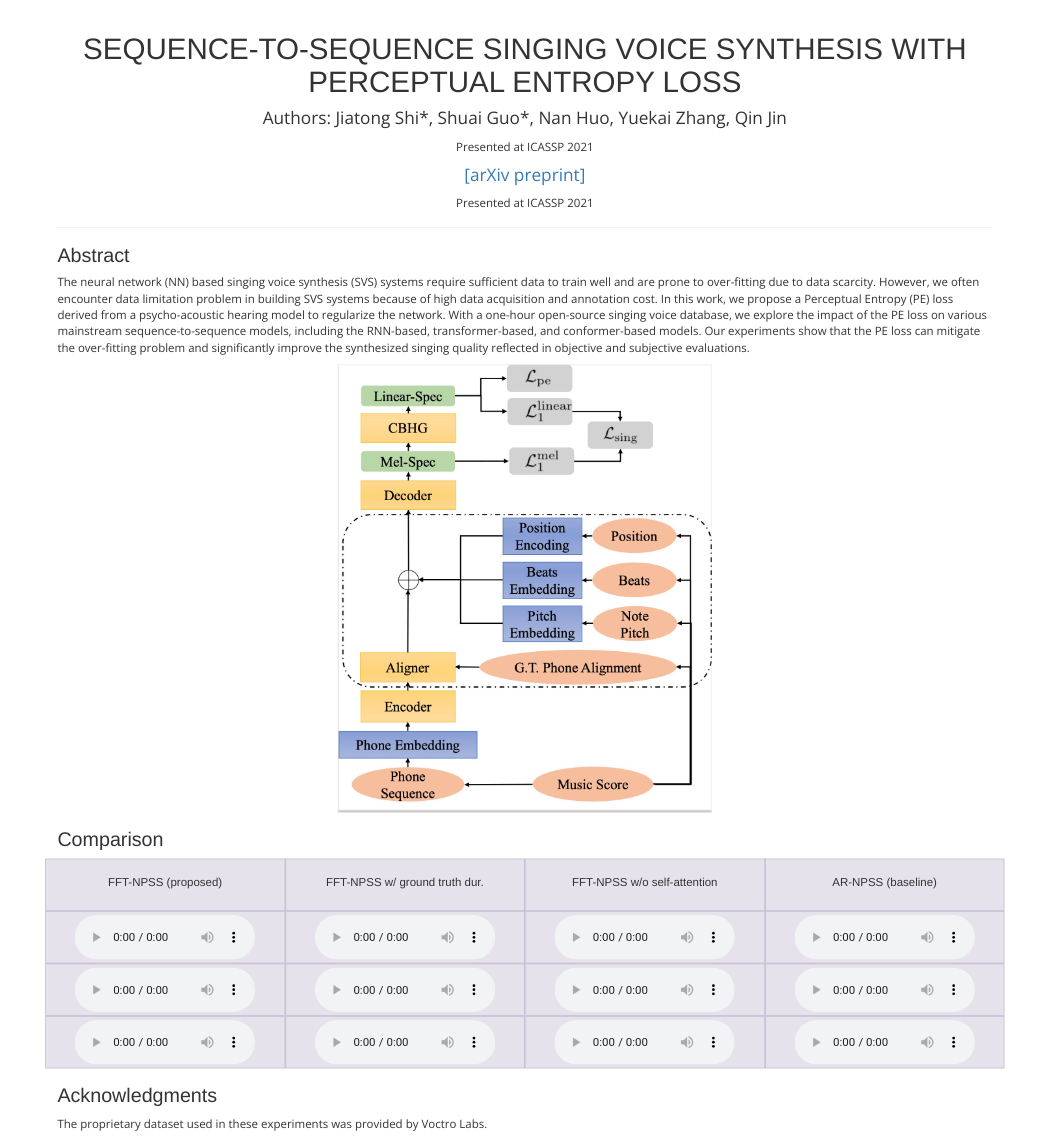
Repository: PeterGuoRuc/SVS_pe.github.io
Page: index.html
The author's editor kept a copy of each file at every save. The page is drawn from the files as they stood at one save, then again after the next save.
The browser window is 1280 px wide. The pictures show the whole page, at 82% of full size.

Above is the page before, as saved 2021-06-06 16:54:13.

### index.html
<!DOCTYPE html>
<html lang="en">
  <head>
    <meta charset="utf-8">
    <meta http-equiv="X-UA-Compatible" content="IE=edge">
    <meta name="viewport" content="width=device-width, initial-scale=1">
    <meta name="description" content="">
    <meta name="author" content="">
    <link rel="shortcut icon" type="image/x-icon" href="../favicon.ico">

    <title>SEQUENCE-TO-SEQUENCE SINGING VOICE SYNTHESIS WITH PERCEPTUAL ENTROPY LOSS</title>

    <!-- Fonts -->
    <link href="https://fonts.googleapis.com/css?family=Abril+Fatface|Open+Sans" rel="stylesheet">

    <!-- Bootstrap core CSS -->
    <!--<link href="bootstrap/dist/css/bootstrap.min.css" rel="stylesheet">-->
    <link href="https://maxcdn.bootstrapcdn.com/bootstrap/3.3.7/css/bootstrap.min.css" rel="stylesheet">

    <!-- IE10 viewport hack for Surface/desktop Windows 8 bug -->
    <!--<link href="bootstrap/assets/css/ie10-viewport-bug-workaround.css" rel="stylesheet">-->
    <link href="https://maxcdn.bootstrapcdn.com/css/ie10-viewport-bug-workaround.css" rel="stylesheet">

    <!-- Custom styles for this template -->
    <link href="poster.css" rel="stylesheet">

    <!-- Just for debugging purposes. Don't actually copy these 2 lines! -->
    <!--[if lt IE 9]><script src="bootstrap/assets/js/ie8-responsive-file-warning.js"></script><![endif]-->
    <!--<script src="bootstrap/assets/js/ie-emulation-modes-warning.js"></script>-->

    <!-- HTML5 shim and Respond.js for IE8 support of HTML5 elements and media queries -->
    <!--[if lt IE 9]>
      <script src="https://oss.maxcdn.com/html5shiv/3.7.3/html5shiv.min.js"></script>
      <script src="https://oss.maxcdn.com/respond/1.4.2/respond.min.js"></script>
    <![endif]-->
  </head>

  <body>
    <div class="container">

      <div class="page-header">
        <h1>
          SEQUENCE-TO-SEQUENCE SINGING VOICE SYNTHESIS WITH PERCEPTUAL ENTROPY LOSS
        </h1>
        <p class="lead">
          Authors: Jiatong Shi*, Shuai Guo*, Nan Huo, Yuekai Zhang, Qin Jin
        </p>
        <p class="centered">Presented at ICASSP 2021</p>
        <p class="lead">
          <a class="lead_link" href="https://arxiv.org/abs/2010.12024">[arXiv preprint]</a>
        </p>
        <p class="centered">Presented at ICASSP 2021</p>
      </div>

      <h3>Abstract</h3>
      <p>The neural network (NN) based singing voice synthesis (SVS) systems require sufficient data to train well and are prone to over-fitting due to data scarcity.
        However, we often encounter data limitation problem in building SVS systems because of high data acquisition and annotation cost.
        In this work, we propose a Perceptual Entropy (PE) loss derived from a psycho-acoustic hearing model to regularize the network.
        With a one-hour open-source singing voice database, we explore the impact of the PE loss on various mainstream sequence-to-sequence models, including the RNN-based, transformer-based, and conformer-based models.
        Our experiments show that the PE loss can mitigate the over-fitting problem and significantly improve the synthesized singing quality reflected in objective and subjective evaluations.
      </p>

      <center><img src="files/svs_model.jpg"/ height="40%" width="40%"></center>

      <h3>Comparison</h3>
      <div class="row">
        <div class="col-md-3">FFT-NPSS (proposed)</div>
        <div class="col-md-3">FFT-NPSS w/ ground truth dur.</div>
        <div class="col-md-3">FFT-NPSS w/o self-attention</div>
        <div class="col-md-3">AR-NPSS (baseline)</div>
      </div>
      <div class="row">
        <div class="col-md-3"><audio src="files/1_Feel_4.mp3" controls></audio></div>
        <div class="col-md-3"><audio src="files/2_Feel_4.mp3" controls></audio></div>
        <div class="col-md-3"><audio src="files/3_Feel_4.mp3" controls></audio></div>
        <div class="col-md-3"><audio src="files/4_Feel_4.mp3" controls></audio></div>
      </div>
      <div class="row">
        <div class="col-md-3"><audio src="files/1_Feel_19.mp3" controls></audio></div>
        <div class="col-md-3"><audio src="files/2_Feel_19.mp3" controls></audio></div>
        <div class="col-md-3"><audio src="files/3_Feel_19.mp3" controls></audio></div>
        <div class="col-md-3"><audio src="files/4_Feel_19.mp3" controls></audio></div>
      </div>
      <div class="row">
        <div class="col-md-3"><audio src="files/1_Rio_8.mp3" controls></audio></div>
        <div class="col-md-3"><audio src="files/2_Rio_8.mp3" controls></audio></div>
        <div class="col-md-3"><audio src="files/3_Rio_8.mp3" controls></audio></div>
        <div class="col-md-3"><audio src="files/4_Rio_8.mp3" controls></audio></div>
      </div>

      <h3>Acknowledgments</h3>
      <p>The proprietary dataset used in these experiments was provided by Voctro Labs.</p>


    </div> <!-- /container -->


    <!-- IE10 viewport hack for Surface/desktop Windows 8 bug -->
    <!--<script src="bootstrap/assets/js/ie10-viewport-bug-workaround.js"></script>-->
    <script src="https://maxcdn.bootstrapcdn.com/js/ie10-viewport-bug-workaround.js"></script>
  </body>
</html>

### poster.css

p {
  font-family: 'Open Sans', sans-serif;
  margin: 10px 0 10px;
}

.lead_link {
  margin: 0 5px 0 5px;
}

.lead {
  text-align: center;
  margin-bottom: 0;
}

.centered {
  text-align: center;
}

.image_title {
  text-align: center;
}

img.figure {
  display: block;
  margin-left: auto;
  margin-right: auto;
  max-width: 100%;
}

h1 {
  /* font-family: 'Abril Fatface', cursive; */
  text-align: center;
}

h4 {
  margin-top: 25px;
}
.row {
  margin-bottom: 0px;
  position: relative;
}

/* vertically center audio players */
.row audio {
    position: absolute;
    top: 0;
    left: 0;
    bottom: 0;
    right: 0;
    margin: auto;
    display: block;
    width: 220px;
}

[class*="col-"] {
  padding-top: 17px;
  padding-bottom: 17px;
  background-color: #eee;
  background-color: rgba(86,61,124,.15);
  border: 1px solid #ddd;
  border: 1px solid rgba(86,61,124,.2);
  height: 64px;
  text-align: center;
}

hr {
  margin-top: 40px;
  margin-bottom: 40px;
}

After the next save:
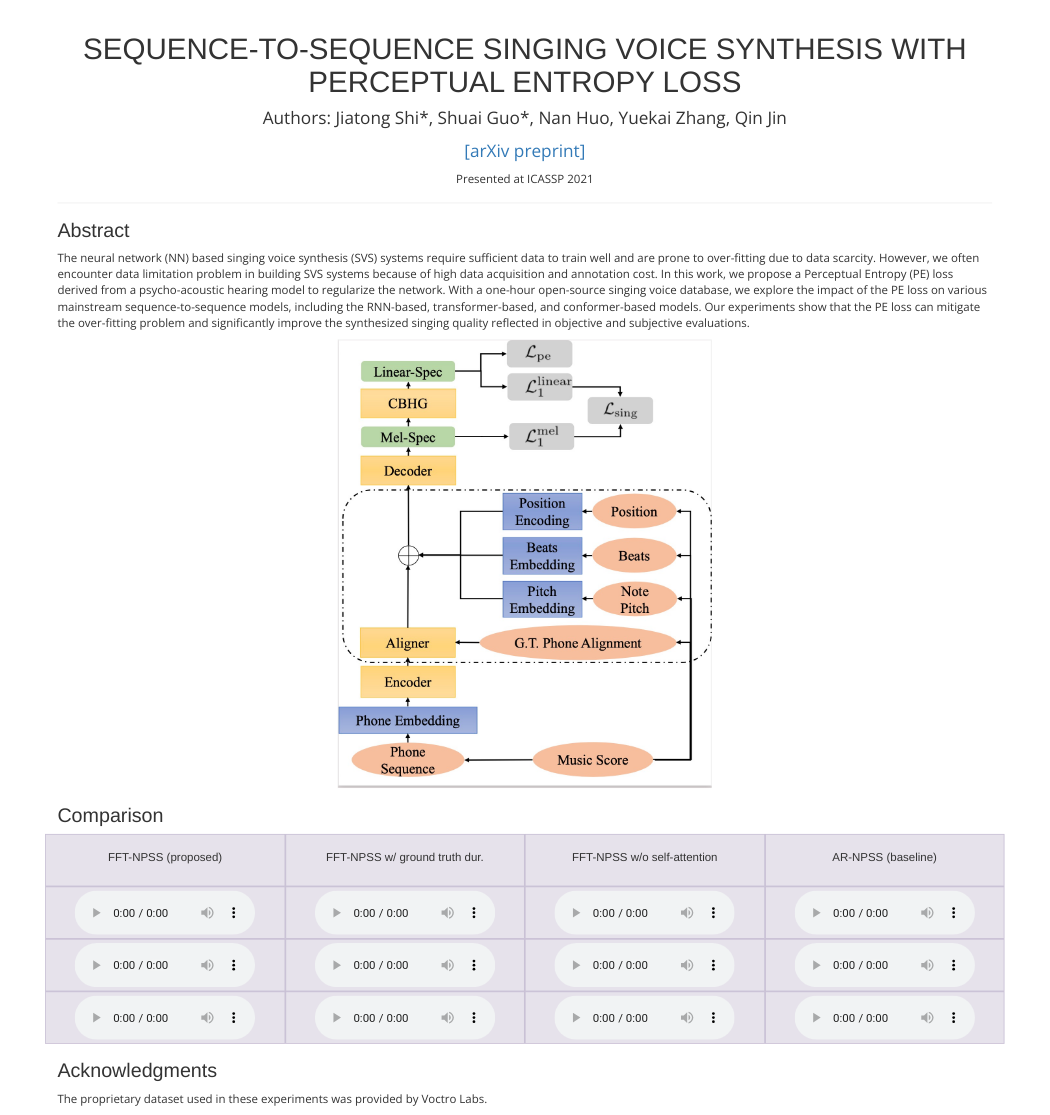
Saved 11 s later.
--- a/index.html
+++ b/index.html
@@ -45,7 +45,7 @@
         <p class="lead">
           Authors: Jiatong Shi*, Shuai Guo*, Nan Huo, Yuekai Zhang, Qin Jin
         </p>
-        <p class="centered">Presented at ICASSP 2021</p>
+
         <p class="lead">
           <a class="lead_link" href="https://arxiv.org/abs/2010.12024">[arXiv preprint]</a>
         </p>
